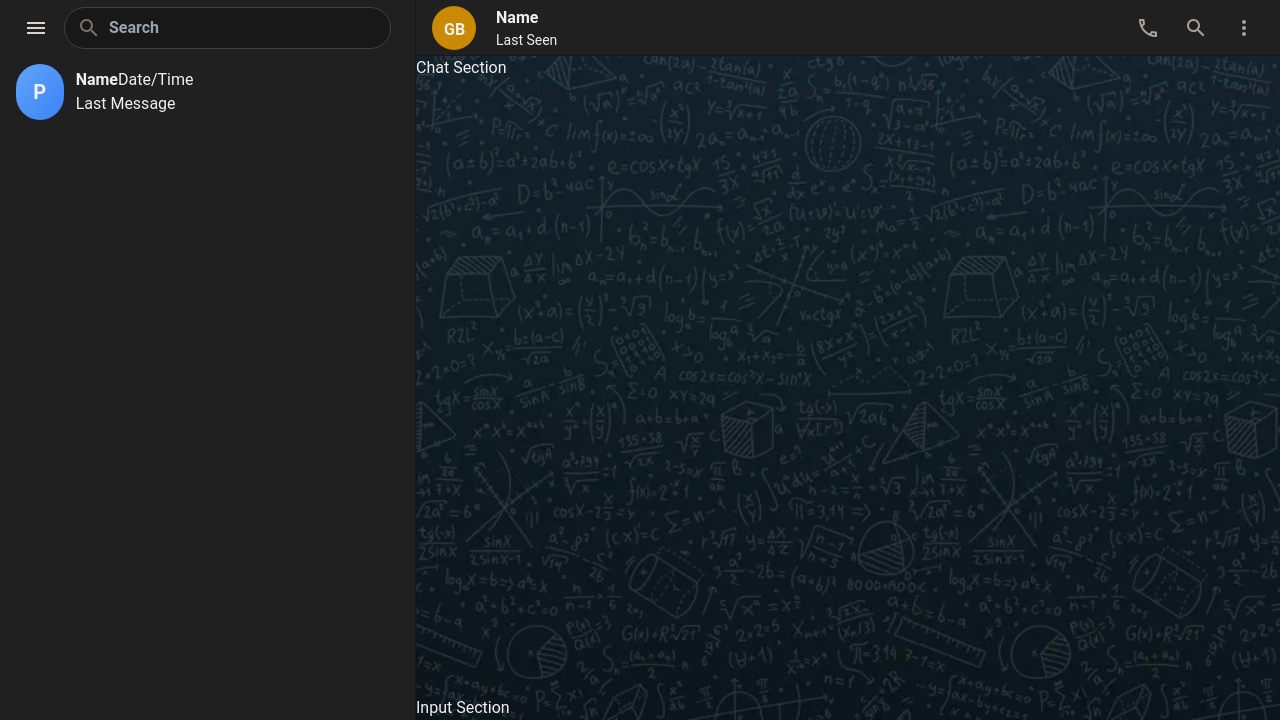
Repository: Qu4ntumGuy/telegram-clone
Page: /
The author's editor kept a copy of each file at every save. The page is drawn from the files as they stood at one save, then again after the next save.
The browser window is 1280 px wide. The pictures show the whole page.
The page's requests for data from a server got no answer. The project was rebuilt for these pictures with package versions that can differ from the ones it lists, and the page was loaded fresh each time. No one was signed in, and anything a server would have sent is missing. Also part of the build but not shown: src/Pages/ChatPage.js/ChatPage.js.

Above is the page before, as saved 2024-07-15 13:51:35.

### src/index.css
@tailwind base;
@tailwind components;
@tailwind utilities;

:root {
  font-family: "Roboto", sans-serif;
  color-scheme: light;
  body {
    @apply bg-[#181818] text-[#f0f0f0];
  }
}
/*
:root {
  @apply bg-[#181818];
} */

### src/App.js
import { Routes, BrowserRouter, Route } from "react-router-dom";
import Sidebar from "./Components/Sidebar";
import Home from "./Pages/Home/Home";
import ChatPage from "./Pages/ChatPage.js/ChatPage";

function App() {
  return (
    <div className="flex max-w-[105rem] mx-auto">
      <Sidebar />
      <BrowserRouter>
        <Routes>
          <Route path="/" element={<Home />} />
          <Route path="/k/:id" element={<ChatPage />} />
        </Routes>
      </BrowserRouter>
      {/* <Home /> */}
    </div>
  );
}

export default App;

### src/Components/Sidebar.js
import React, { useEffect, useRef, useState } from "react";
import MenuIcon from "@mui/icons-material/Menu";
import SearchIcon from "@mui/icons-material/Search";
import axios from "axios";
import Chat from "./Chat";

function Sidebar() {
  const [page, setPage] = useState(1);
  const [channels, setChannels] = useState([]);
  const fetchChannels = async () => {
    try {
      const res = await axios.get(
        `https://devapi.beyondchats.com/api/get_all_chats?page=${page}`,
        {
          headers: {
            Accept: "application/json",
          },
        }
      );
      //   console.log(res);
      setChannels(res.data.data.data);
      console.log(res.data.data.data);
    } catch (error) {
      console.log(error);
    }
  };

  function formatString(str) {
    str = str.trim();
    const words = str.split(/\s+/);
    if (words.length === 1) {
      return words[0].charAt(0).toUpperCase();
    } else if (words.length === 2) {
      return (
        words[0].charAt(0).toUpperCase() + words[1].charAt(0).toUpperCase()
      );
    } else {
      return (
        words[0].charAt(0).toUpperCase() +
        words[words.length - 1].charAt(0).toUpperCase()
      );
    }
  }

  useEffect(() => {
    fetchChannels();
  }, []);

  const ref = useRef();
  return (
    <div className="w-full md:max-w-[26rem] bg-[#202020] border-r border-[#181818] h-screen">
      <div className="flex items-center justify-start px-4 h-14 w-full">
        <div className="px-2 text-stone-300">
          <MenuIcon />
        </div>

        <div className="flex items-center justify-start border text-stone-500 w-full px-3 mx-2 border-stone-700 rounded-full p-2 bg-[#181818]">
          <div className="w-auto">
            <SearchIcon />
          </div>
          <form className="w-full text-white font-semibold">
            <input
              className=" w-full bg-inherit pl-2 focus:outline-none"
              placeholder="Search"
            />
            <div className="w-full bg-inherit pl-2"></div>
          </form>
        </div>
      </div>
      <div className=" overflow-y-auto">
        <Chat />
      </div>
    </div>
  );
}

export default Sidebar;

### src/Pages/Home/Home.js
import React from "react";
import backgroundImage from "../../Assets/Desktop.webp";
import Topbar from "../../Components/Topbar";

function Home() {
  const image =
    "https://blog.1a23.com/wp-content/uploads/sites/2/2020/02/pattern_02-150x150.png";

  //   const divStyle = {
  //     width: "100%",
  //     height: "100vh", // Adjust the height as needed
  //     backgroundImage: `url(${backgroundImage})`,
  //     backgroundSize: "cover", // Ensures the image covers the entire div
  //     backgroundPosition: "center", // Centers the image
  //   };
  return (
    <div
      className="md:flex flex-col justify-center bg-cover h-screen hidden md:w-full "
      style={{ backgroundImage: `url(${backgroundImage})` }}
    >
      <div className="top-0 mb-auto h-14 bg-[#202020] border-b border-[#181818]">
        <Topbar />
      </div>
      <div className="flex flex-col h-full">
        <div className="top-0">Chat Section</div>
        <div className="bottom-0 mt-auto">Input Section</div>
      </div>
    </div>
  );
}

export default Home;

### src/Components/Chat.js
import React from "react";

function Chat({ name, profile }) {
  return (
    <div className="flex w-full items-center hover:bg-stone-700 hover:bg-opacity-30 p-2 mx-2 rounded-lg">
      <div className="flex justify-center items-center text-xl font-semibold bg-gradient-to-br from-blue-400 rounded-full w-14 h-14 to-blue-500">
        P
      </div>
      <div className="flex flex-col ml-3 w-full">
        <div className="flex">
          <div className="font-semibold">Name</div>
          <div>Date/Time</div>
        </div>
        <div>Last Message</div>
      </div>
    </div>
  );
}

export default Chat;

### src/Components/Topbar.js
import React from "react";
import CallOutlinedIcon from "@mui/icons-material/CallOutlined";
import SearchIcon from "@mui/icons-material/Search";
import MoreVertIcon from "@mui/icons-material/MoreVert";

function Topbar() {
  return (
    <div className="flex px-4 h-14">
      <div className="flex-1 flex items-center">
        <div className="bg-yellow-600 p-3 rounded-full h-11 w-11 text-center align-middle font-bold">
          <div className="text-center align-middle">GB</div>
        </div>
        <div className="flex flex-col pl-5 w-full">
          <div className="font-semibold">Name</div>
          <div className="text-sm"> Last Seen</div>
        </div>
      </div>
      <div className="flex items-center space-x-2 font-bold pl-3 text-stone-400">
        <div className=" rounded-full cursor-pointer hover:bg-stone-700 hover:bg-opacity-30 p-2">
          <CallOutlinedIcon />
        </div>
        <div className=" rounded-full cursor-pointer hover:bg-stone-700 hover:bg-opacity-30 p-2">
          <SearchIcon />
        </div>
        <div className=" rounded-full cursor-pointer hover:bg-stone-700 hover:bg-opacity-30 p-2">
          <MoreVertIcon />
        </div>
      </div>
    </div>
  );
}

export default Topbar;

Loaded but not shown: public/index.html (common file); src/index.js (common file); src/reportWebVitals.js (common file); tailwind.config.js (common file)

After the next save:
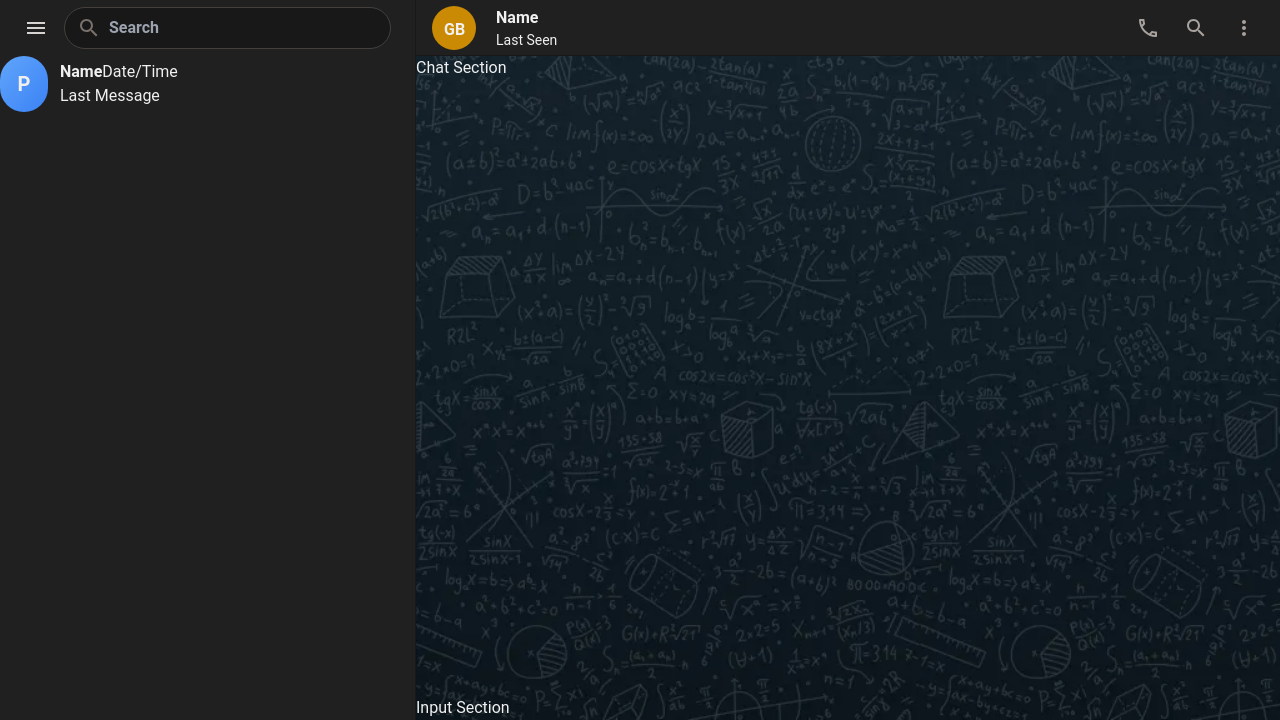
Saved 36 s later.
--- a/src/Components/Chat.js
+++ b/src/Components/Chat.js
@@ -2,7 +2,7 @@ import React from "react";
 
 function Chat({ name, profile }) {
   return (
-    <div className="flex w-full items-center hover:bg-stone-700 hover:bg-opacity-30 p-2 mx-2 rounded-lg">
+    <div className="flex w-full items-center hover:bg-stone-700 hover:bg-opacity-30 rounded-lg">
       <div className="flex justify-center items-center text-xl font-semibold bg-gradient-to-br from-blue-400 rounded-full w-14 h-14 to-blue-500">
         P
       </div>
